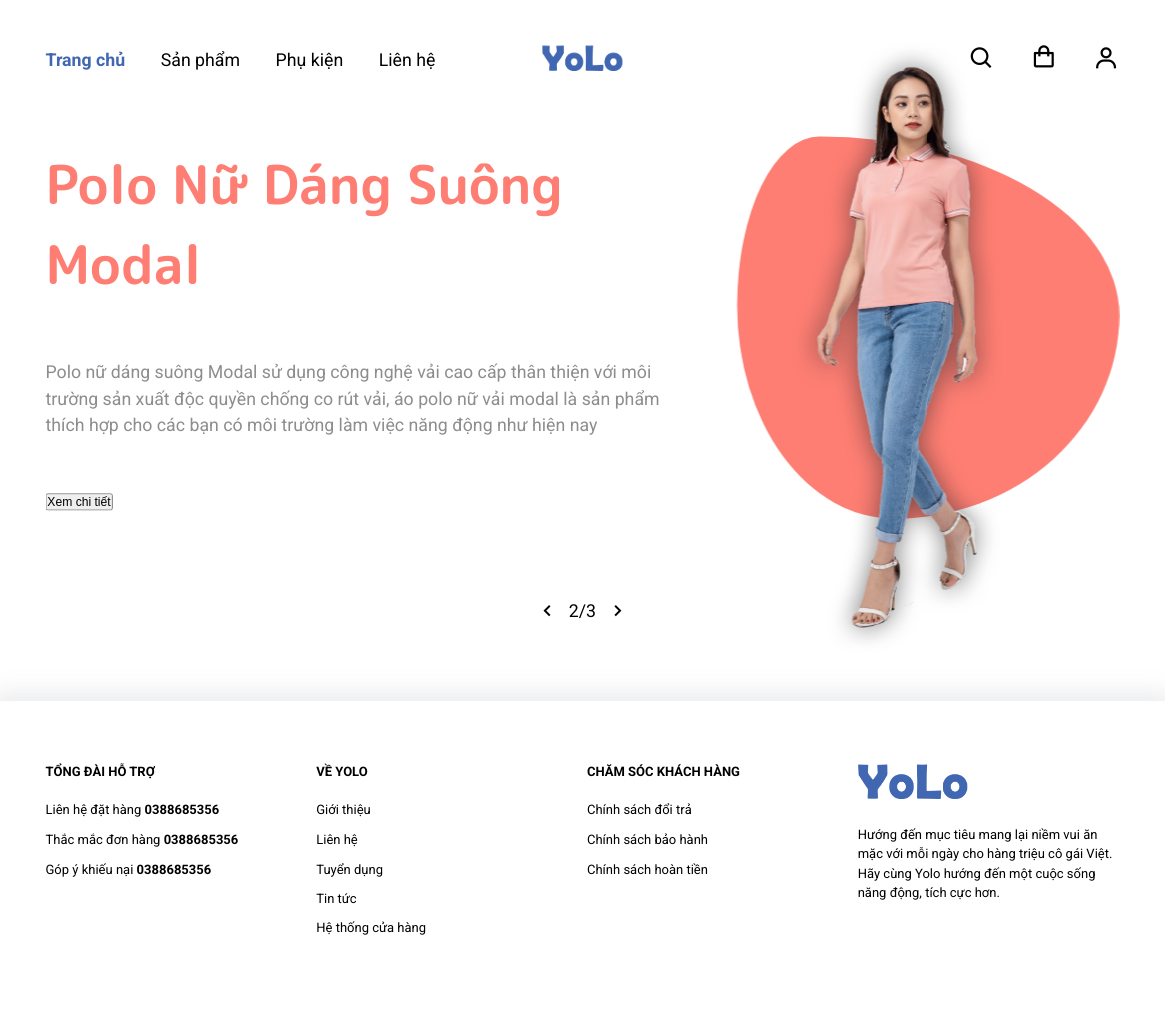
Repository: NguyenThanhBinh1210/Binh-React
Page: / (app in yoloshop/)
These files come from the project's save history. The page is drawn as it stood at one moment and after the next save; the edit follows.
The browser window is 1280 px wide. The pictures show the whole page, at 91% of full size.
The project was rebuilt for these pictures with package versions that can differ from the ones it lists, and the page was loaded fresh each time. A package was used in the major version that the imports need, not the one package.json lists. Also part of the build but not shown: yoloshop/src/pages/Product.jsx, yoloshop/src/pages/Catalog.jsx, yoloshop/src/pages/Cart.jsx, yoloshop/src/pages/Accessory.jsx, yoloshop/src/pages/Contact.jsx.

Above is the page before, as saved 2021-11-25 16:42:43.

After the next save:
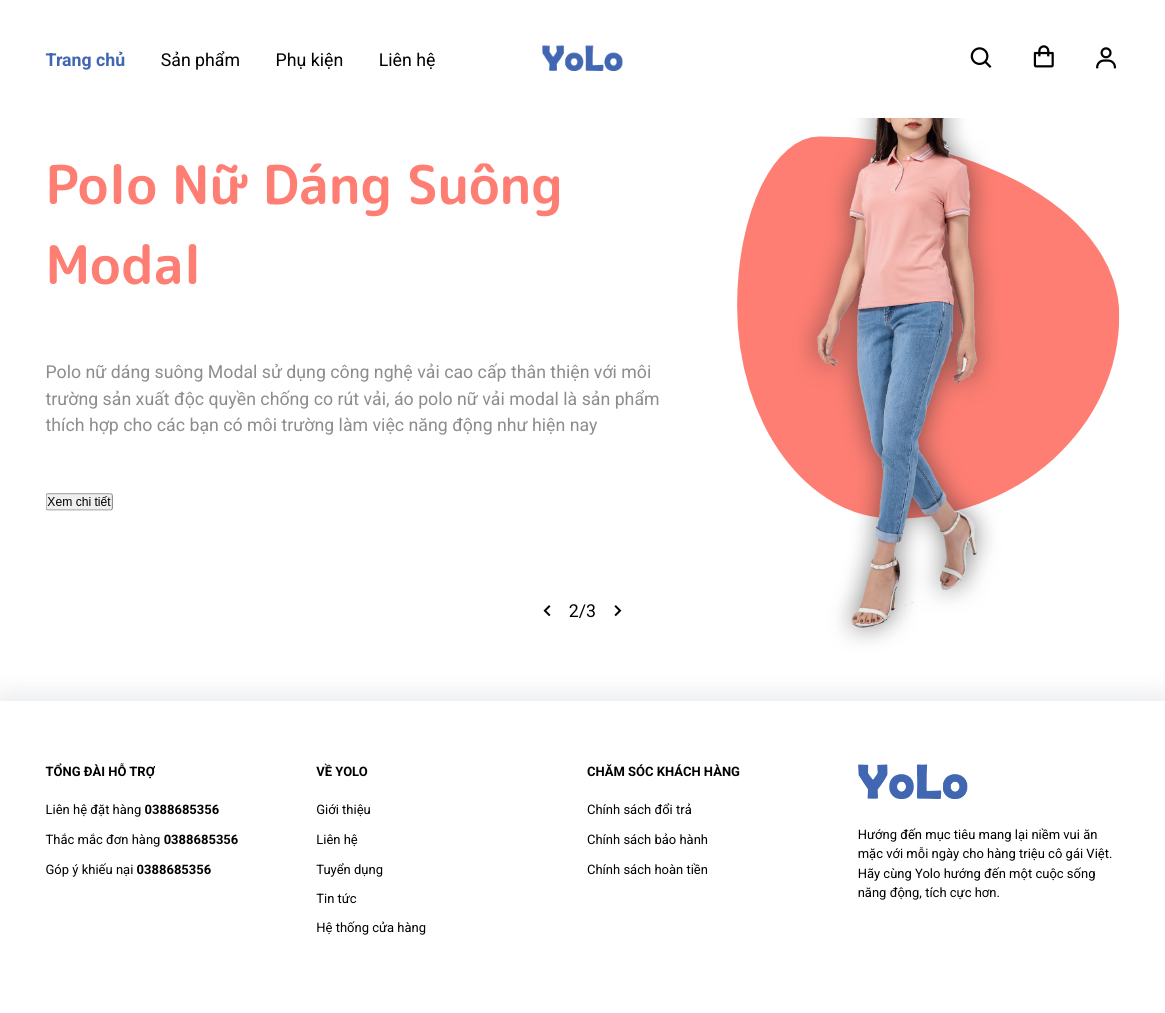
Saved 20 s later.
--- a/yoloshop/src/sass/components/_hero-slider.scss
+++ b/yoloshop/src/sass/components/_hero-slider.scss
@@ -86,7 +86,6 @@
 			flex-grow: 1;
 			position: relative;
 			height: 100%;
-			z-index: 400;
 			pointer-events: none;
 			@include tablet {
 				width: 100%;
